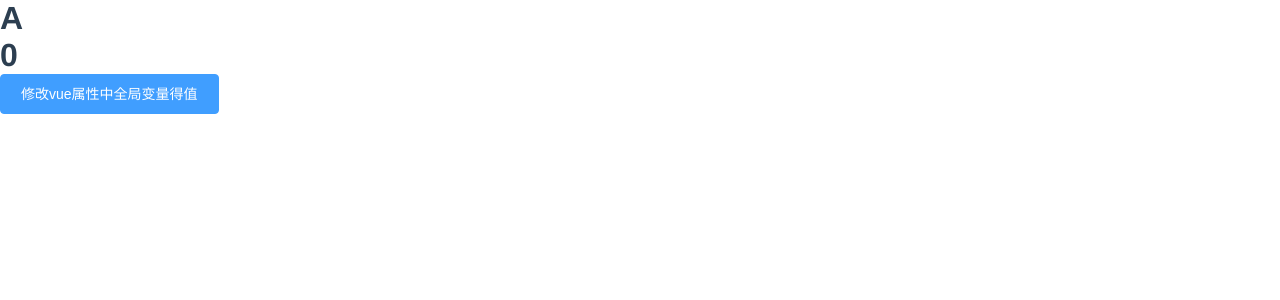
Repository: chang-meng-yun/vue_project
Page: /#/a
An editor plug-in stored every save of this project. The page is shown before and after the next save, followed by the edit.
The browser window is 1280 px wide. The pictures show the whole page.
The project was rebuilt for these pictures with package versions that can differ from the ones it lists, and the page was loaded fresh each time. Also part of the build but not shown: vue.config.js, src/components/HelloWorld.vue, src/views/HomeView.vue.

Above is the page before, as saved 2024-07-03 10:41:11.

After the next save:
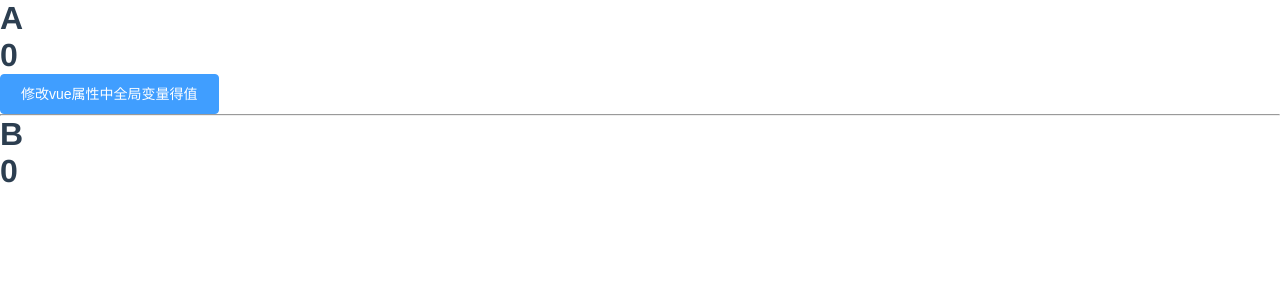
Saved 68 s later.
--- a/src/components/A.vue
+++ b/src/components/A.vue
@@ -3,10 +3,16 @@
         <h1>A</h1>
         <h1>{{this.$store.state.num}}</h1>
         <el-button type="primary" @click="change()">修改vue属性中全局变量得值</el-button>
+    <hr>
+    <B></B>
     </div>
 </template>
 <script>
+    import B from '@/components/B.vue'
     export default{
+        components:{
+        B
+        },
         data(){
         return{
 
